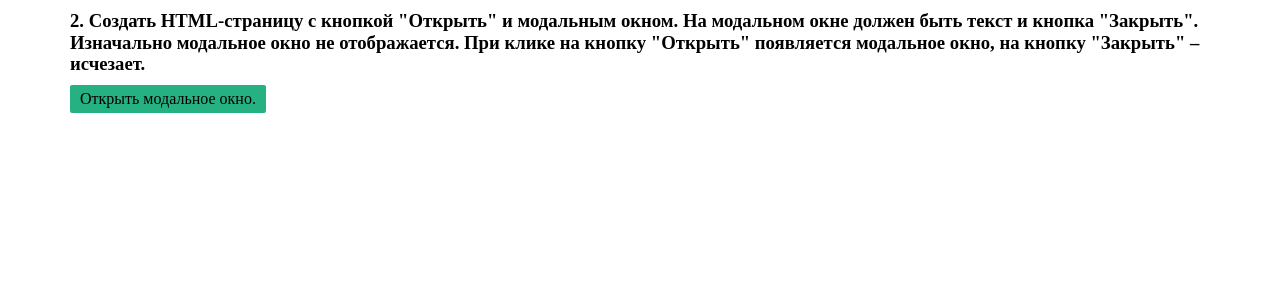
Repository: NastyaGavrilova/Beetroot-js
Page: HW7/modalWindow/modal.html
An editor plug-in stored every save of this project. The page is shown before and after the next save, followed by the edit.
The browser window is 1280 px wide. The pictures show the whole page.

Above is the page before, as saved 2021-10-25 14:44:08.

After the next save:
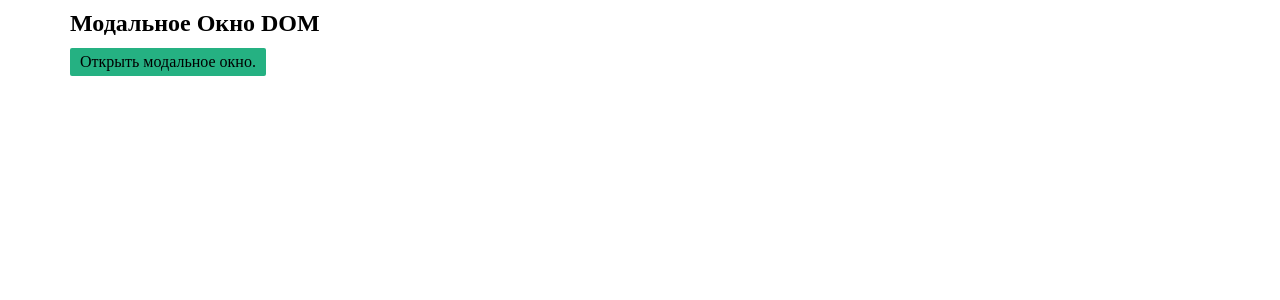
Saved 47 s later.
--- a/HW7/modalWindow/modal.html
+++ b/HW7/modalWindow/modal.html
@@ -17,12 +17,7 @@
   <body>
     <header class="c-header">
       <div class="c-header__wrapper">
-        <h3>
-          2. Создать HTML-страницу с кнопкой "Открыть" и модальным окном. На
-          модальном окне должен быть текст и кнопка "Закрыть". Изначально
-          модальное окно не отображается. При клике на кнопку "Открыть"
-          появляется модальное окно, на кнопку "Закрыть" – исчезает.
-        </h3>
+        <h2>Модальное Окно DOM</h2>
       </div>
     </header>
     <!-- Триггер/Открыть модальный -->
